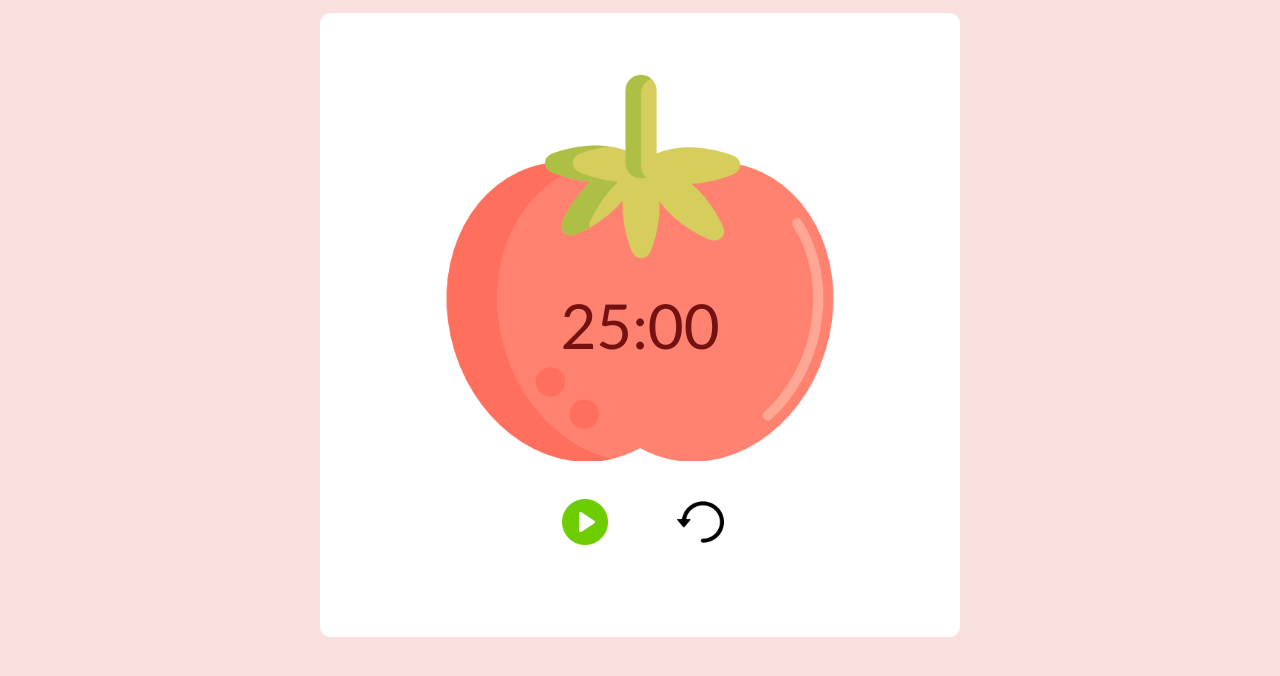
Repository: Dirlandia404/pomodoro
Page: /
These files come from the project's save history. The page is drawn as it stood at one moment and after the next save; the edit follows.
The browser window is 1280 px wide. The pictures show the whole page.
The project was rebuilt for these pictures with package versions that can differ from the ones it lists, and the page was loaded fresh each time.

Above is the page before, as saved 2021-11-26 14:46:59.

After the next save:
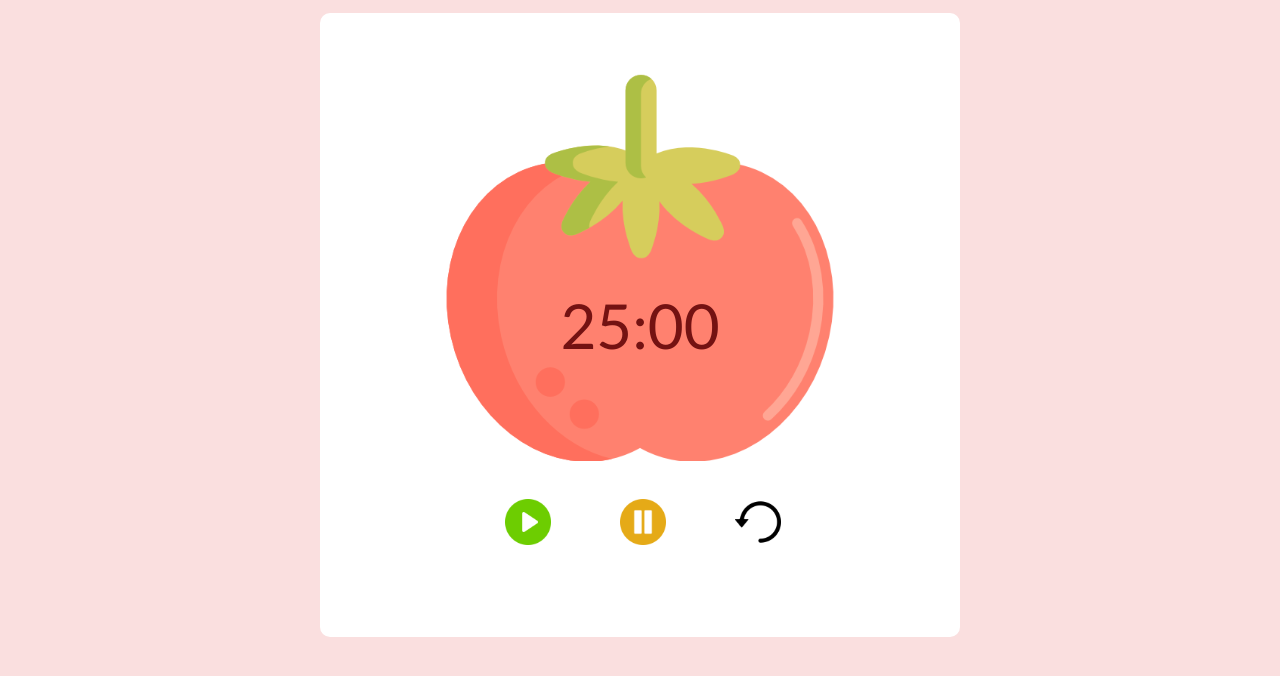
Saved 43 s later.
--- a/src/componentes/Primeiro.jsx
+++ b/src/componentes/Primeiro.jsx
@@ -46,12 +46,12 @@
                 <img src="/tomato.svg" alt="Tomate" />
                 <p className="time">{formatMinutes}:{formatSeconds}</p>
                 <div className="butoes">
-                   {pause ? <button className="play"  onClick={() =>{setPause(false)}}>
+                   <button className="play"  onClick={() =>{setPause(false)}}>
                         <img src="./botao-play.png" alt="play" />
-                    </button>:
+                    </button>
                     <button className="pause"  onClick={() =>{setPause(true)}}>
                         <img src="./pausa.png" alt="pausar" />
-                    </button>}
+                    </button>
 
                     <button className="reset" >
                         <img src="./seta-circular.png" alt="" />

After the 2 saves that followed:
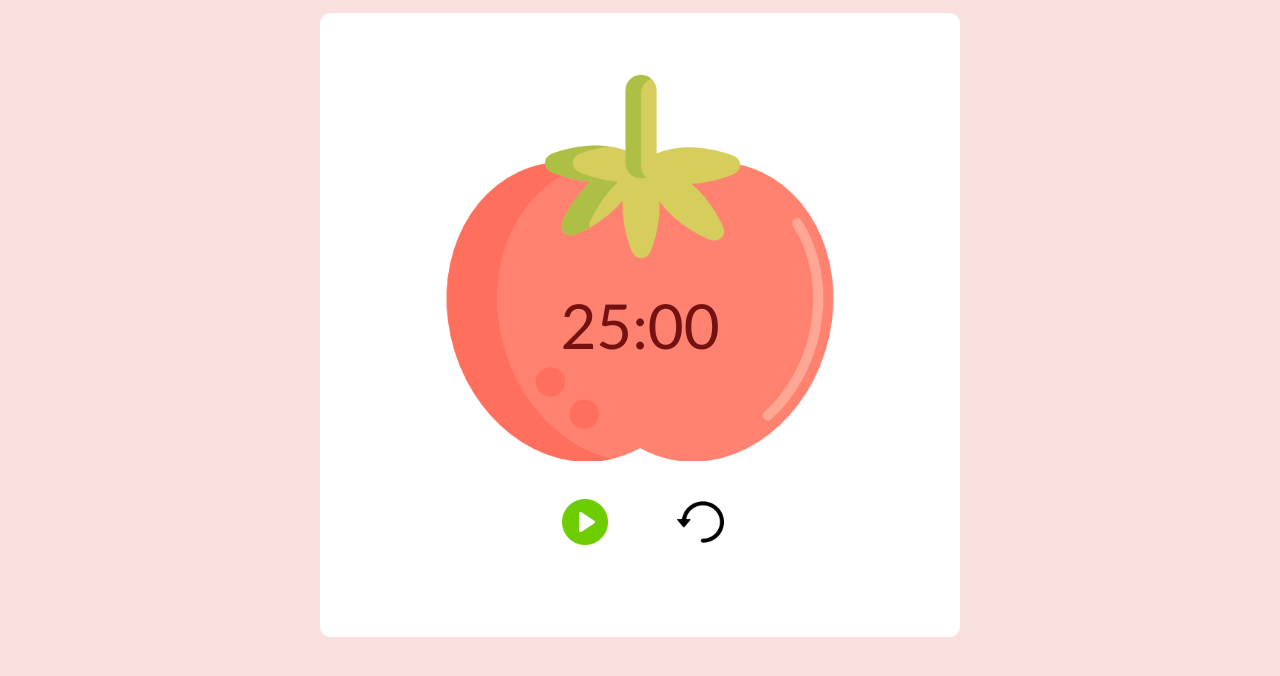
The 2 saves are shown as one change because 1 left the picture as it was.
The last was saved 4 min 43 s later.
--- a/src/componentes/Primeiro.jsx
+++ b/src/componentes/Primeiro.jsx
@@ -46,12 +46,12 @@
                 <img src="/tomato.svg" alt="Tomate" />
                 <p className="time">{formatMinutes}:{formatSeconds}</p>
                 <div className="butoes">
-                   <button className="play"  onClick={() =>{setPause(false)}}>
+                   {pause ? <button className="play"  onClick={() =>{setPause(false)}}>
                         <img src="./botao-play.png" alt="play" />
-                    </button>
+                    </button>:
                     <button className="pause"  onClick={() =>{setPause(true)}}>
                         <img src="./pausa.png" alt="pausar" />
-                    </button>
+                    </button>}
 
                     <button className="reset" >
                         <img src="./seta-circular.png" alt="" />
